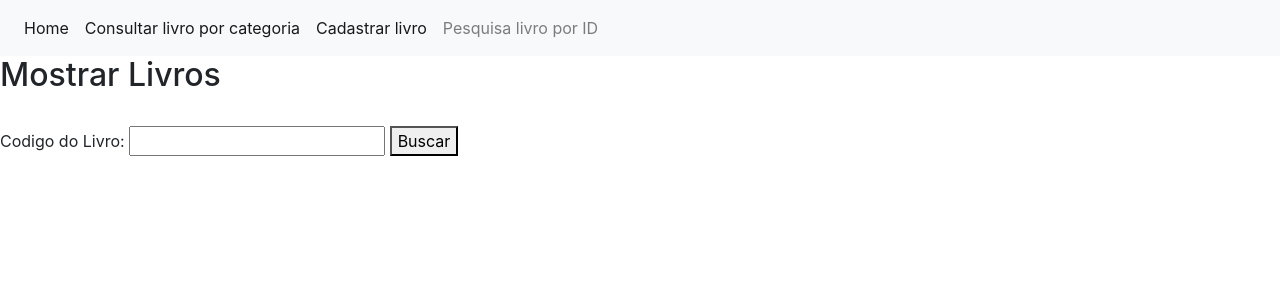
Repository: SrtaVerdant/projeto-livraria
Page: http://localhost/ProjetoLivraria/pesquisaLivroPorId.jsp
An editor plug-in stored every save of this project. The page is shown before and after the next save, followed by the edit.
The browser window is 1280 px wide. The pictures show the whole page.
Some web libraries are served in a nearby version. The page is served by Tomcat 9. Other server files are loaded and not shown.

Above is the page before, as saved 2022-10-30 14:58:23.

### ProjetoLivraria/src/main/webapp/pesquisaLivroPorId.jsp
<%@ page language="java" contentType="text/html; charset=UTF-8"
    pageEncoding="UTF-8"%>
<!DOCTYPE html>
<html>
<head>
<meta charset="UTF-8">
	<title>Pesquisar por ID</title>
	<link rel="stylesheet" href="https://cdn.jsdelivr.net/npm/bootstrap@4.0.0/dist/css/bootstrap.min.css" integrity="sha384-Gn5384xqQ1aoWXA+058RXPxPg6fy4IWvTNh0E263XmFcJlSAwiGgFAW/dAiS6JXm" crossorigin="anonymous">
	<script src="https://code.jquery.com/jquery-3.2.1.slim.min.js" integrity="sha384-KJ3o2DKtIkvYIK3UENzmM7KCkRr/rE9/Qpg6aAZGJwFDMVNA/GpGFF93hXpG5KkN" crossorigin="anonymous"></script>
	<script src="https://cdn.jsdelivr.net/npm/popper.js@1.12.9/dist/umd/popper.min.js" integrity="sha384-ApNbgh9B+Y1QKtv3Rn7W3mgPxhU9K/ScQsAP7hUibX39j7fakFPskvXusvfa0b4Q" crossorigin="anonymous"></script>
	<script src="https://cdn.jsdelivr.net/npm/bootstrap@4.0.0/dist/js/bootstrap.min.js" integrity="sha384-JZR6Spejh4U02d8jOt6vLEHfe/JQGiRRSQQxSfFWpi1MquVdAyjUar5+76PVCmYl" crossorigin="anonymous"></script>
</head>
<body>

	<nav class="navbar navbar-expand-lg navbar-light bg-light">
	  <div class="collapse navbar-collapse" id="navbarNav">
	    <ul class="navbar-nav">
	     <li class="nav-item active">
	        <a class="nav-link" href="index.jsp">Home</a>
	      </li>
	   		<li class="nav-item active">
	        <a class="nav-link" href="consultar.jsp">Consultar livro por categoria</a>
	      </li>
	      <li class="nav-item active">
	        <a class="nav-link" href="adicionar.jsp">Cadastrar livro</a>
	      </li>
	      <li class="nav-item">
	        <a class="nav-link" href="#">Pesquisa livro por ID</a>
	      </li>
	    </ul>
	  </div>
	</nav>

	<div class="container"></div>
	<h2> Mostrar Livros</h2><br>

	<label> Codigo do Livro:</label>
	<input type="text" name="codLivro">
	<a href="livroPorId.jsp"><button type="submit">Buscar</button></a>


</body>
</html>

After the next save:
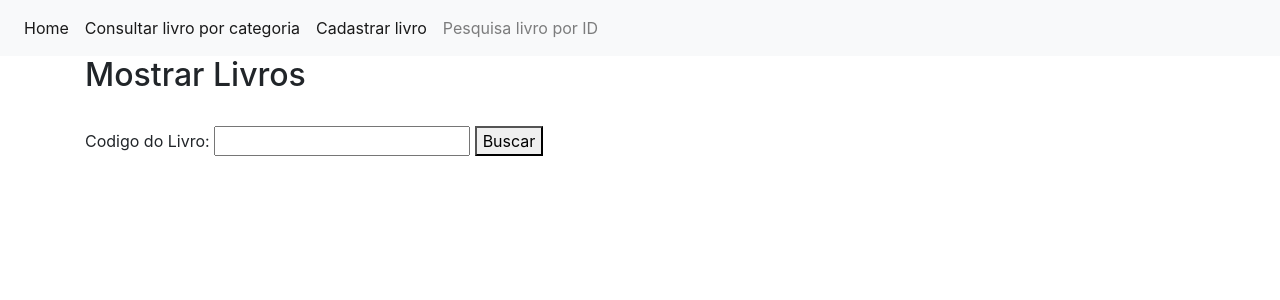
Saved 10 s later.
--- a/ProjetoLivraria/src/main/webapp/pesquisaLivroPorId.jsp
+++ b/ProjetoLivraria/src/main/webapp/pesquisaLivroPorId.jsp
@@ -31,13 +31,13 @@
 	  </div>
 	</nav>
 
-	<div class="container"></div>
-	<h2> Mostrar Livros</h2><br>
+	<div class="container">
+		<h2> Mostrar Livros</h2><br>
 
-	<label> Codigo do Livro:</label>
-	<input type="text" name="codLivro">
-	<a href="livroPorId.jsp"><button type="submit">Buscar</button></a>
-
+		<label> Codigo do Livro:</label>
+		<input type="text" name="codLivro">
+		<a href="livroPorId.jsp"><button type="submit">Buscar</button></a>
+	</div>
 
 </body>
 </html>
